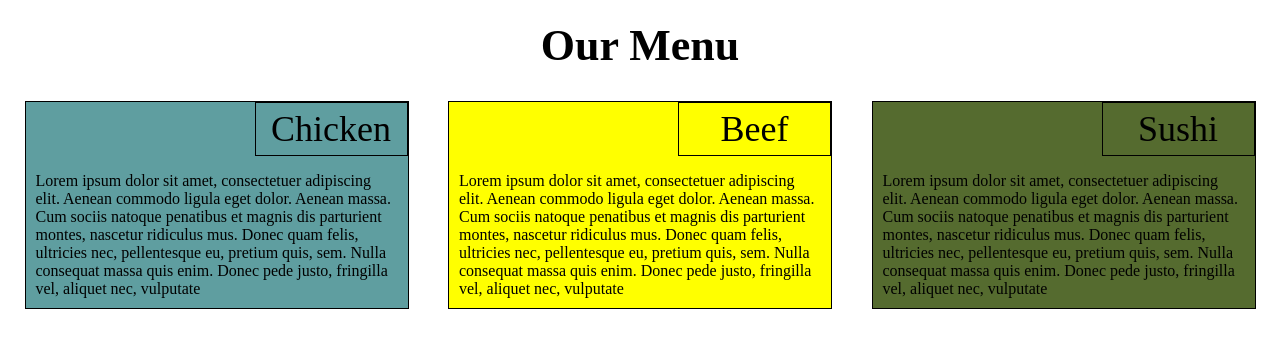
Repository: Normandy72/module2-solution
Page: index.html
These files come from the project's save history. The page is drawn as it stood at one moment and after the next save; the edit follows.
The browser window is 1280 px wide. The pictures show the whole page.
Some web fonts or font styles are not loaded; a fallback is used.

Above is the page before, as saved 2022-12-05 15:14:39.

### index.html
<!DOCTYPE html>
<html lang="en">
<head>
    <meta charset="UTF-8">
    <meta http-equiv="X-UA-Compatible" content="IE=edge">
    <meta name="viewport" content="width=device-width, initial-scale=1.0">
    <title>Our menu</title>
    <link href="https://fonts.googleapis.com/css2?family=Comic+Neue:ital,wght@0,300;0,400;0,700;1,300;1,400;1,700&family=Roboto:ital,wght@0,100;0,300;0,400;0,500;0,700;0,900;1,100;1,300;1,400;1,500;1,700;1,900&display=swap" rel="stylesheet">
    <link rel="stylesheet" href="styles/style.css">
</head>
<body>
    <h1>Our Menu</h1>
    <div class="wrapper">
        <div class="card">
            <div class="card__name">Chicken</div>
            <p class="card__text">Lorem ipsum dolor sit amet, consectetuer adipiscing elit. Aenean commodo ligula eget dolor. Aenean massa. Cum sociis natoque penatibus et magnis dis parturient montes, nascetur ridiculus mus. Donec quam felis, ultricies nec, pellentesque eu, pretium quis, sem. Nulla consequat massa quis enim. Donec pede justo, fringilla vel, aliquet nec, vulputate</p>
        </div>
        <div class="card">
            <div class="card__name">Beef</div>
            <p class="card__text">Lorem ipsum dolor sit amet, consectetuer adipiscing elit. Aenean commodo ligula eget dolor. Aenean massa. Cum sociis natoque penatibus et magnis dis parturient montes, nascetur ridiculus mus. Donec quam felis, ultricies nec, pellentesque eu, pretium quis, sem. Nulla consequat massa quis enim. Donec pede justo, fringilla vel, aliquet nec, vulputate</p>
        </div>
        <div class="card">
            <div class="card__name">Sushi</div>
            <p class="card__text">Lorem ipsum dolor sit amet, consectetuer adipiscing elit. Aenean commodo ligula eget dolor. Aenean massa. Cum sociis natoque penatibus et magnis dis parturient montes, nascetur ridiculus mus. Donec quam felis, ultricies nec, pellentesque eu, pretium quis, sem. Nulla consequat massa quis enim. Donec pede justo, fringilla vel, aliquet nec, vulputate</p>
        </div>
    </div>
</body>
</html>

### styles/style.css
*{
    font-family: 'Comic Neue', cursive;
    font-size: 10px;

    margin: 0;
    padding: 0;
    box-sizing: border-box;
}

h1{
    font-size: 4.4rem;
    text-align: center;

    padding-top: 20px;
    padding-bottom: 30px;
}

.wrapper{
    display: flex;
    justify-content: space-evenly;
}

.card{
    width: 30%;
    margin: 0 15px 30px;
    position: relative;
    border: 1px solid black;
}

.card__name{
    border: 1px solid black;
    font-size: 3.6rem;
    padding: 5px;
    text-align: center;
    width: 40%;
    position: absolute;
    top: 0;
    right: 0;
}

.card__text{
    font-size: 1.6rem;
    padding: 70px 10px 10px;
}

.card:nth-child(1){
    background-color: cadetblue;
}

.card:nth-child(2){
    background-color: yellow;
}

.card:nth-child(3){
    background-color: darkolivegreen    ;
}

After the next save:
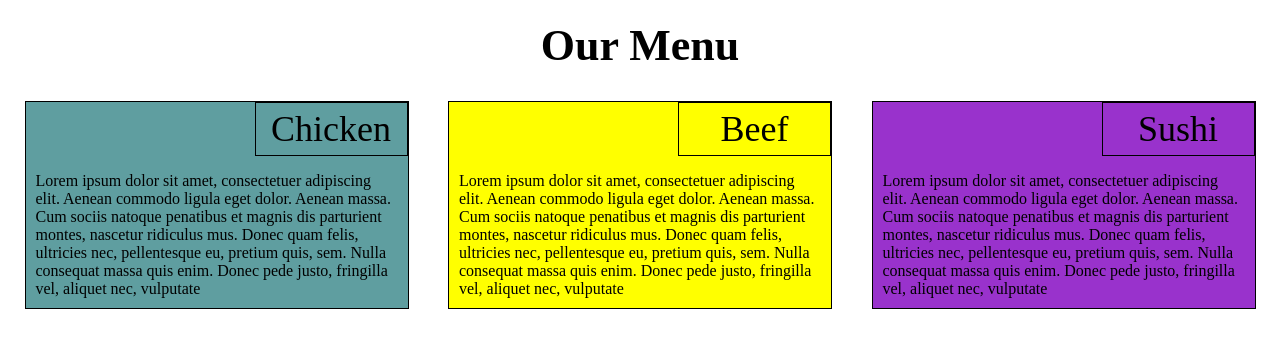
Saved 19 s later.
--- a/styles/style.css
+++ b/styles/style.css
@@ -52,5 +52,5 @@ h1{
 }
 
 .card:nth-child(3){
-    background-color: darkolivegreen    ;
+    background-color: darkorchid;
 }
